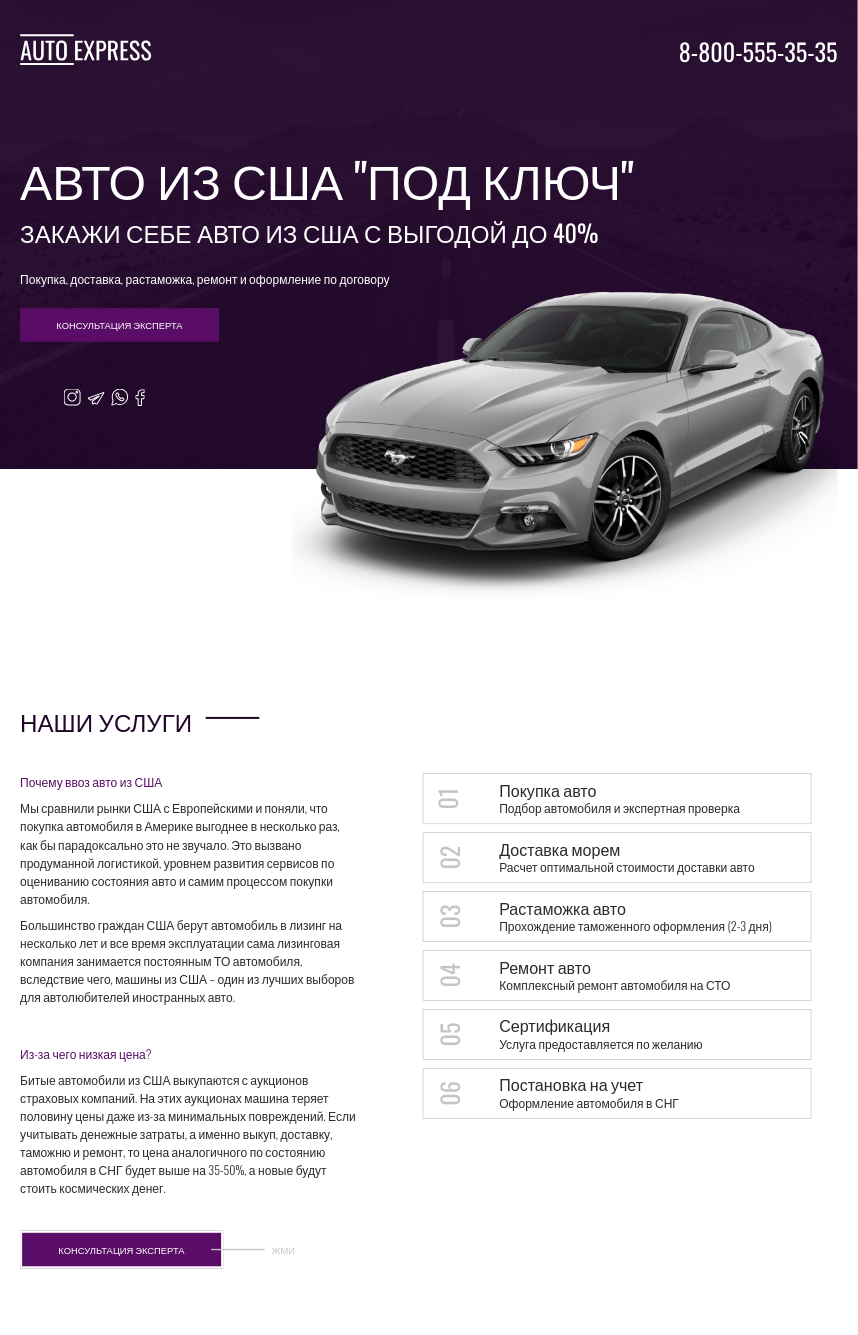
Repository: AlexandrLewandowski/site-1
Page: start/index.html
These files come from the project's save history. The page is drawn as it stood at one moment and after the next save; the edit follows.
The browser window is 1280 px wide. The pictures show the whole page, at 67% of full size.
The pointer rests on the first visible `.services__item`.

Above is the page before, as saved 2024-05-01 17:12:52.

After the next save:
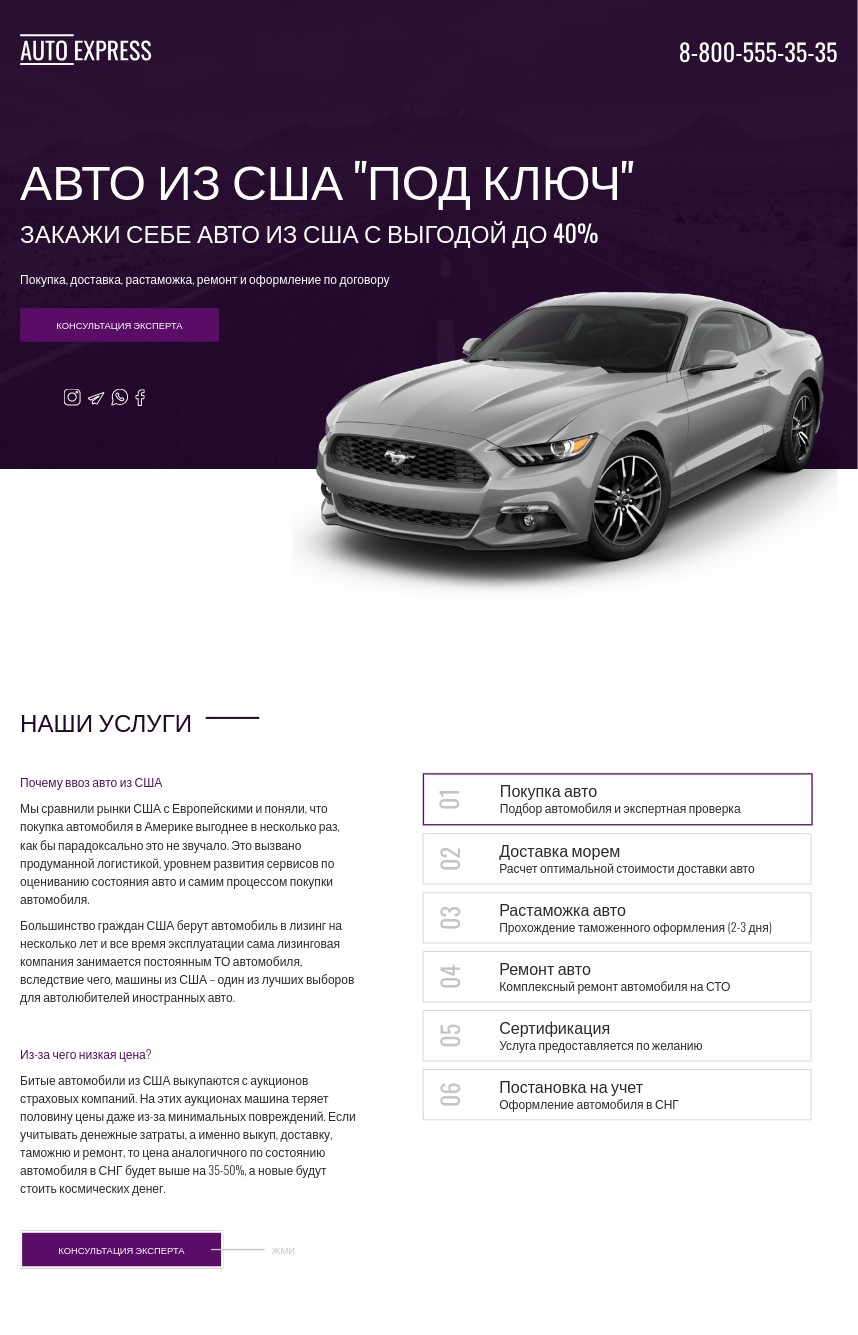
Saved 6 min 21 s later.
--- a/start/css/style.css
+++ b/start/css/style.css
@@ -202,6 +202,16 @@
     transform: rotate(270deg);
 }
 
+.services__item:hover {
+    border: 2px solid #5a0D67;
+}
+
+.services__item:hover services__item-title {
+    color: #5A0D67;
+}
+
+.services__item:hover::before {}
+
 .services__item-title {
     font-size: 24px;
     font-weight: 300;
